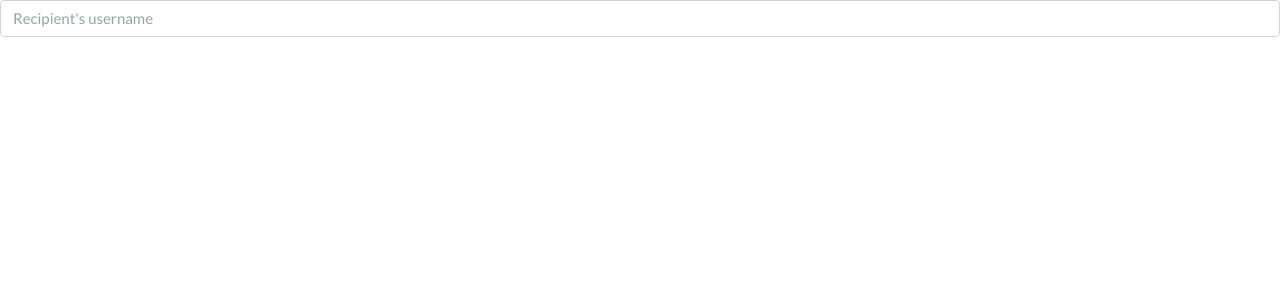
Repository: broganneagle/NYTSearch
Page: index.html
The author's editor kept a copy of each file at every save. The page is drawn from the files as they stood at one save, then again after the next save.
The browser window is 1280 px wide. The pictures show the whole page.
Some web libraries are served in a nearby version.

Above is the page before, as saved 2020-06-26 13:34:13.

After the next save:
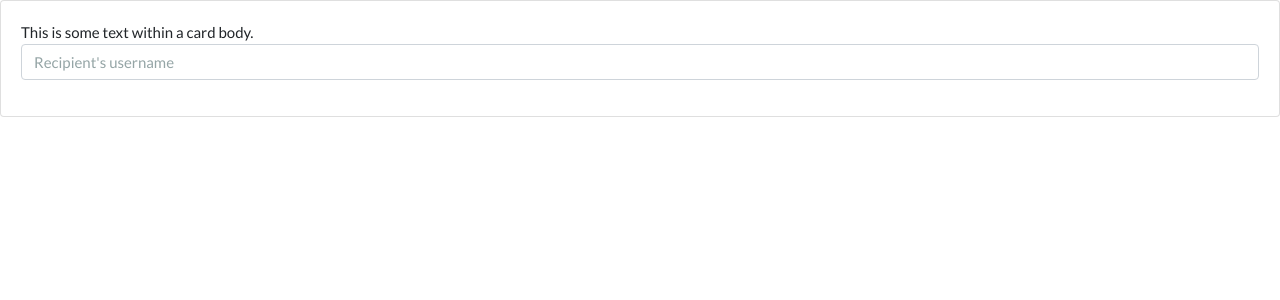
Saved 76 s later.
--- a/index.html
+++ b/index.html
@@ -9,9 +9,14 @@
         integrity="sha384-mhpbKVUOPCSocLzx2ElRISIORFRwr1ZbO9bAlowgM5kO7hnpRBe+brVj8NNPUiFs" crossorigin="anonymous">
 </head>
 <body>
-    <div class="input-group mb-3">
+    <div class="card">
+        <div class="card-body">
+          This is some text within a card body.
+        <div class="input-group mb-3">
         <input type="text" class="form-control" placeholder="Recipient's username" aria-label="Recipient's username" aria-describedby="button-addon2">
      </div>
+    </div>
+</div>
 
 </body>
 </html>
